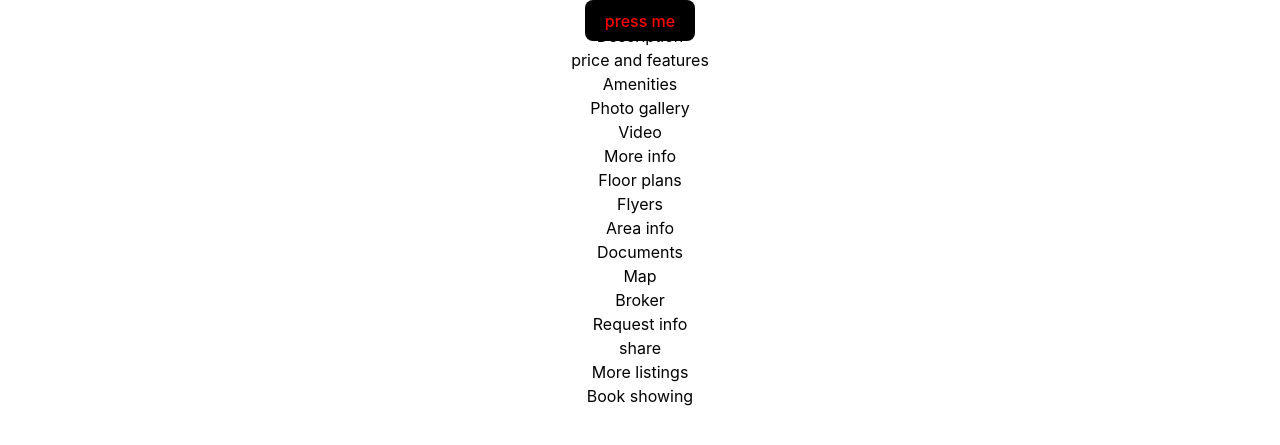
Repository: TMuse333/real-estate-landingpage
Page: /
The author's editor kept a copy of each file at every save. The page is drawn from the files as they stood at one save, then again after the next save.
The browser window is 1280 px wide. The pictures show the whole page.
The project was rebuilt for these pictures with package versions that can differ from the ones it lists, and the page was loaded fresh each time. Also part of the build but not shown: vite.config.js.

Above is the page before, as saved 2023-09-19 16:34:21.

After the next save:
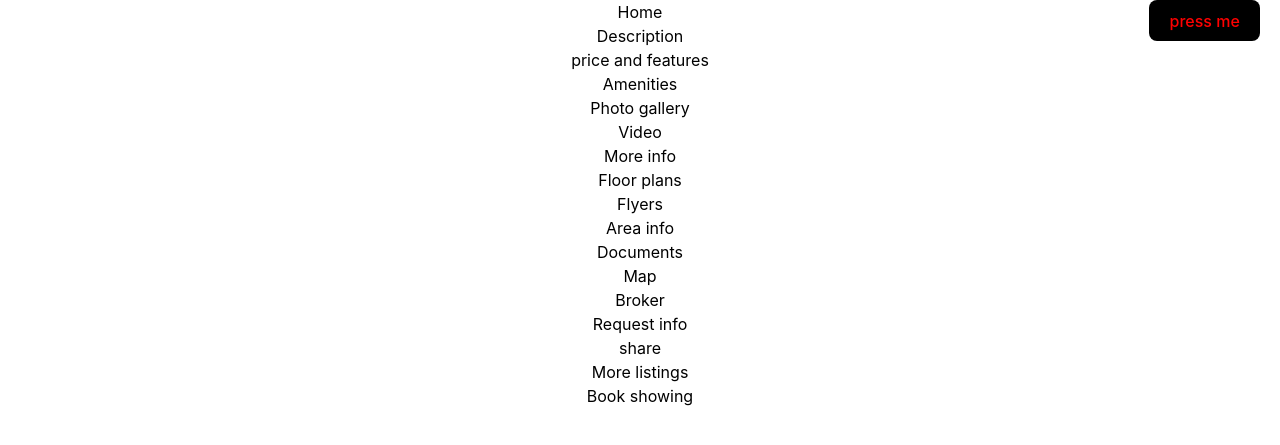
Saved 6 s later.
--- a/src/App.css
+++ b/src/App.css
@@ -51,6 +51,7 @@ position: relative;
 z-index: 100;
   color: red;
   position: absolute;
+  right:20px
 
 }
 
